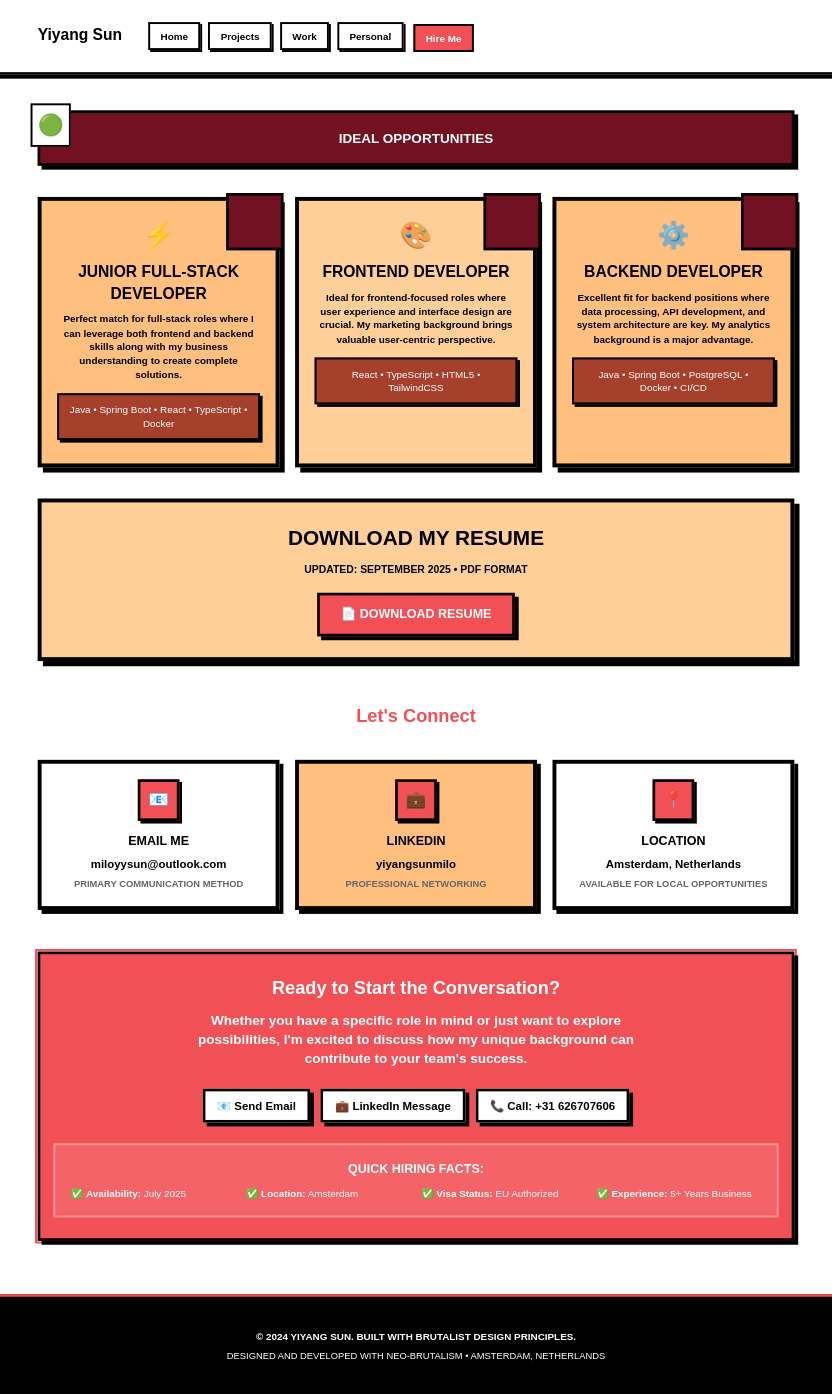
Repository: miloyiyangsun/yiyangsun.github.io
Page: .superdesign/design_iterations/yiyang_hireme_v2.html
An editor plug-in stored every save of this project. The page is shown before and after the next save, followed by the edit.
The browser window is 1280 px wide. The pictures show the whole page, at 65% of full size.

Above is the page before, as saved 2025-09-03 17:25:15.

After the next save:
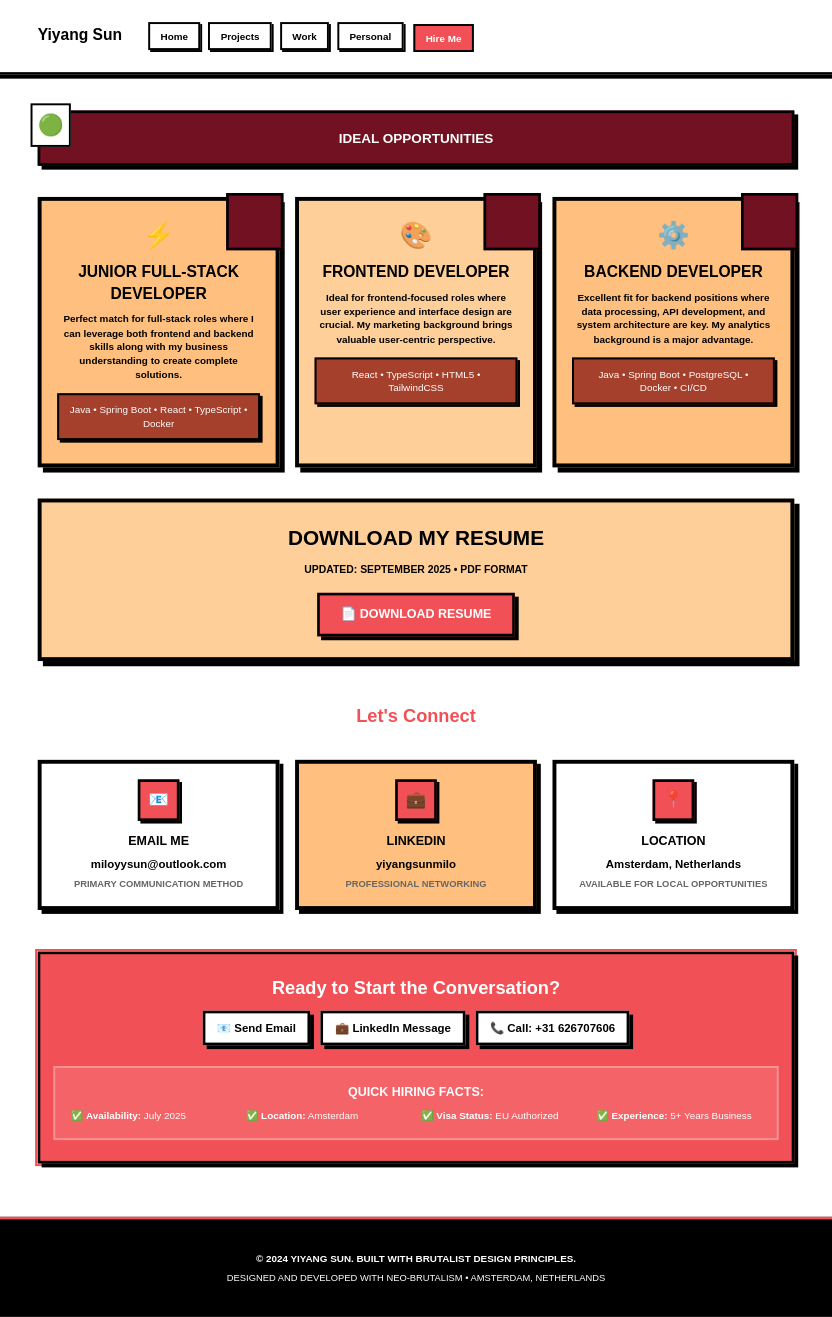
Saved 36 s later.
--- a/.superdesign/design_iterations/yiyang_hireme_v2.html
+++ b/.superdesign/design_iterations/yiyang_hireme_v2.html
@@ -502,10 +502,10 @@ Email Me Today
         <section class="brutalist-hero brutalist-bg-red" style="margin: 64px 0;">
             <div class="brutalist-text-center">
                 <h2 class="title-large" style="color: #FFFFFF; margin-bottom: 16px;">Ready to Start the Conversation?</h2>
-                <p style="font-size: 1.3rem; font-weight: 700; color: #FFFFFF; margin-bottom: 32px; max-width: 700px; margin-left: auto; margin-right: auto;">
+                <!-- <p style="font-size: 1.3rem; font-weight: 700; color: #FFFFFF; margin-bottom: 32px; max-width: 700px; margin-left: auto; margin-right: auto;">
                     Whether you have a specific role in mind or just want to explore possibilities,
                     I'm excited to discuss how my unique background can contribute to your team's success.
-                </p>
+                </p> -->
                 <div style="display: flex; justify-content: center; gap: 16px; flex-wrap: wrap;">
                     <a href="mailto:miloyysun@outlook.com?subject=Software Development Opportunity&body=Hi Yiyang, I'm interested in discussing potential opportunities with you."
                        class="brutalist-button" style="background: #FFFFFF; color: #000000; font-size: 1.1rem;">
